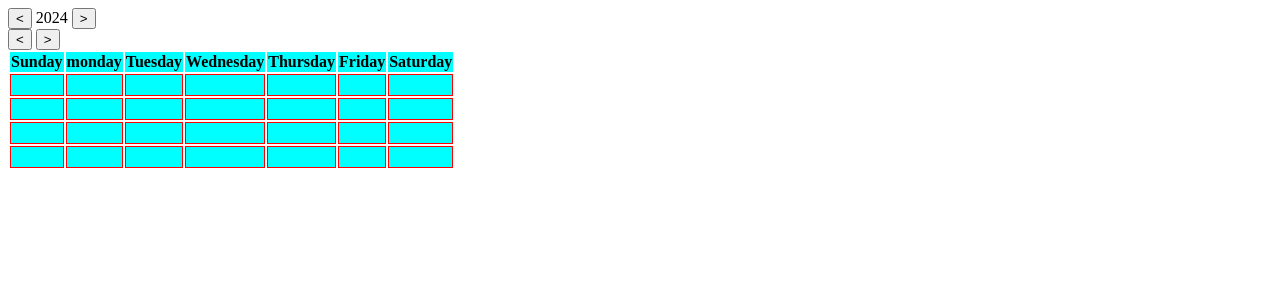
Repository: fateme81yosefi/calendar
Page: index.html
An editor plug-in stored every save of this project. The page is shown before and after the next save, followed by the edit.
The browser window is 1280 px wide. The pictures show the whole page.

Above is the page before, as saved 2024-05-30 13:59:41.

### index.html
<!DOCTYPE html>

<html>

<head>
  <title>calendar</title>
  <link rel="icon" type="image/x-icon" href="/images/fav.png">
  <link rel="stylesheet" href="styles.css">

</head>

<body>

  <div class="container-calendar">
    <div class="contain-year" id="year">
      <button>
        < </button>
          2024
          <button>></button>

    </div>
    <div class="contain-month" id="month">
      <button>
        < </button>

          <button>></button>

    </div>
    <table>
      <tr>
        <th>Sunday</th>
        <th>monday</th>
        <th>Tuesday</th>
        <th>Wednesday </th>
        <th>Thursday</th>
        <th>Friday</th>
        <th>Saturday</th>
      </tr>

      <tr>
        <td id="1-1"> </td>
        <td id="1-2"> </td>
        <td id="1-3"> </td>
        <td id="1-4"> </td>
        <td id="1-5"> </td>
        <td id="1-6"> </td>
        <td id="1-7"> </td>
      </tr>

      <tr>
        <td id="2-1"> </td>
        <td id="2-2"> </td>
        <td id="2-3"> </td>
        <td id="2-4"> </td>
        <td id="2-5"> </td>
        <td id="2-6"> </td>
        <td id="2-7"> </td>
      </tr>

      <tr>
        <td id="3-1"> </td>
        <td id="3-2"> </td>
        <td id="3-3"> </td>
        <td id="3-4"> </td>
        <td id="3-5"> </td>
        <td id="3-6"> </td>
        <td id="3-7"> </td>
      </tr>

      <tr>
        <td id="4-1"> </td>
        <td id="4-2"> </td>
        <td id="4-3"> </td>
        <td id="4-4"> </td>
        <td id="4-5"> </td>
        <td id="4-6"> </td>
        <td id="4-7"> </td>
      </tr>
    </table>
  </div>



  <script src="/scripts.js"></script>

</body>

</html>

### styles.css
tr{
    background-color: aqua;
    border: 1px solid red;
    padding: 10px;
    margin: 2px;
}
td{
    background-color: aqua;
    border: 1px solid red;
    padding: 10px;
    margin: 2px;
}

### scripts.js




function calculator() {
    const d = new Date();
    m = d.getMonth()
    y = d.getFullYear()
    day = d.getDate()

    switch ( d.getDay()) {
        case 0:
            day = "Sunday";
            break;
        case 1:
            day = "Monday";
            break;
        case 2:
            day = "Tuesday";
            break;
        case 3:
            day = "Wednesday";
            break;
        case 4:
            day = "Thursday";
            break;
        case 5:
            day = "Friday";
            break;
        case 6:
            day = "Saturday";
    }

    document.getElementById("month").innerHTML = day

    // weekday = #column
    if (day <= 7 || day >= 29) {
        row = 1
        x = "1-" + weekday
        document.getElementById(x).innerHTML = day
    } else if (day <= 14) {
        row = 2
        x = "2-" + weekday
        document.getElementById(x).innerHTML = day
    } else if (day <= 21) {
        row = 3
        x = "3-" + weekday
        document.getElementById(x).innerHTML = day
    } else if (day <= 28) {
        row = 4
        x = "4-" + weekday
        document.getElementById(x).innerHTML = day
    }


}

After the next save:
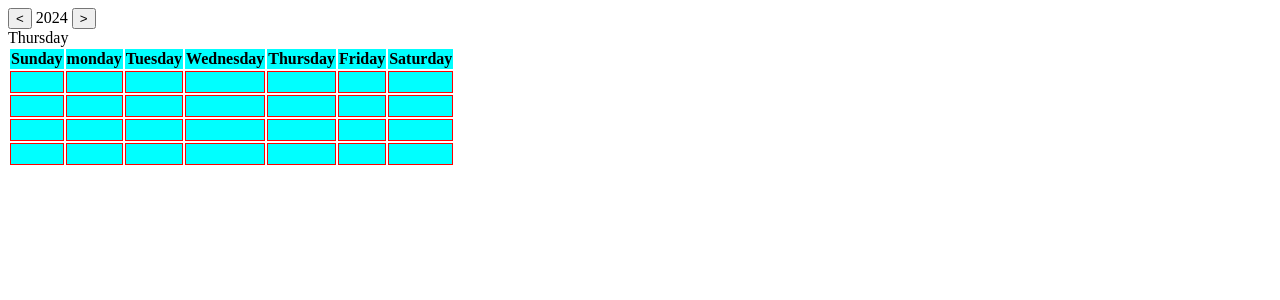
Saved 16 s later.
--- a/scripts.js
+++ b/scripts.js
@@ -54,3 +54,5 @@ function calculator() {
 
 
 }
+
+calculator()

After the save that followed:
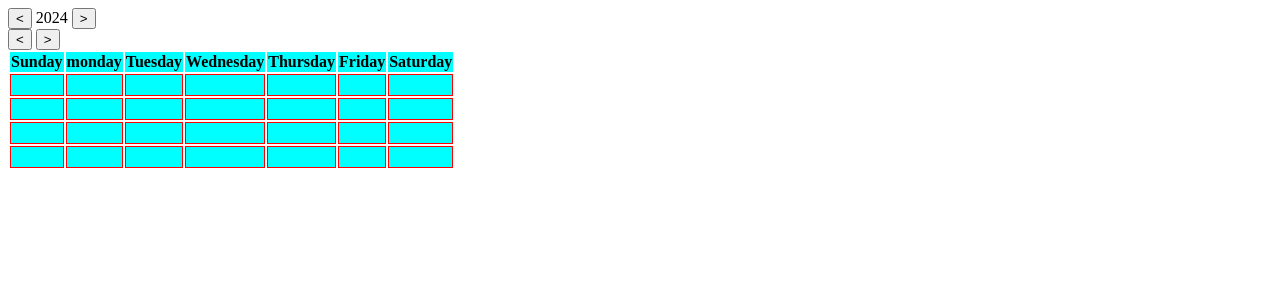
Console error: ReferenceError: a is not defined
Saved 95 s later.
--- a/scripts.js
+++ b/scripts.js
@@ -8,28 +8,32 @@ function calculator() {
     y = d.getFullYear()
     day = d.getDate()
 
-    switch ( d.getDay()) {
-        case 0:
-            day = "Sunday";
+    switch(a){
+        case 1: b = "January";
             break;
-        case 1:
-            day = "Monday";
+        case 2: b = "February";
             break;
-        case 2:
-            day = "Tuesday";
+        case 3: b = "March";
             break;
-        case 3:
-            day = "Wednesday";
+        case 4: b = "April";
             break;
-        case 4:
-            day = "Thursday";
+        case 5: b = "May";
             break;
-        case 5:
-            day = "Friday";
+        case 6: b = "June";
             break;
-        case 6:
-            day = "Saturday";
-    }
+        case 7: b = "July";
+            break;
+        case 8: b = "August";
+            break;
+        case 9: b = "September";
+            break;
+        case 10: b = "October";
+            break;
+        case 11: b = "November";
+            break;
+        case 12: b = "December";
+            break;
+        }
 
     document.getElementById("month").innerHTML = day
 
